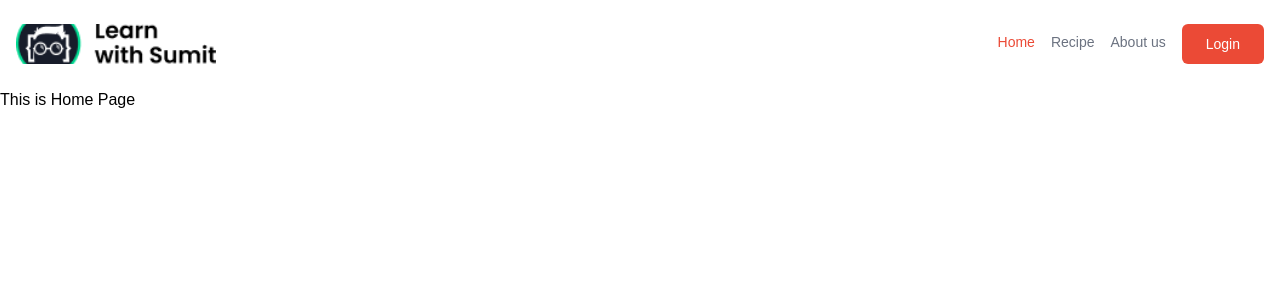
Repository: Wahid137/khana-khazana
Page: /
The author's editor kept a copy of each file at every save. The page is drawn from the files as they stood at one save, then again after the next save.
The browser window is 1280 px wide. The pictures show the whole page.
The project was rebuilt for these pictures with package versions that can differ from the ones it lists, and the page was loaded fresh each time. The framework's server and built-in components were replaced by stand-ins that run in the browser. Also part of the build but not shown: next.config.mjs.

Above is the page before, as saved 2024-05-02 15:50:54.

### app/layout.js
import { Inter } from "next/font/google";
import Navbar from "./components/Navbar";
import "./globals.css";

const inter = Inter({ subsets: ["latin"] });

export const metadata = {
  title: "Khana Khazana",
  description: "Generated by create next app",
};

export default function RootLayout({ children }) {
  return (
    <html lang="en">
      <body className={inter.className}>
        <Navbar />
        {children}
      </body>
    </html>
  );
}

### app/page.js

export default function Home() {
  return (
    <h1>This is Home Page</h1>
  );
}

### app/components/Navbar.jsx
import Image from "next/image";
import logo from "../../public/assets/images/logo.png";
const Navbar = () => {
  return (
    <nav>
      <div className="container flex justify-between py-6">
        <a href="index.html">
          <Image
            src={logo}
            alt="logo"
            width={200}
            height={50}
            className="object-cover h-[40px]"
          />
        </a>

        <ul className="flex gap-4 text-sm text-gray-500">
          <li className="py-2 active">
            <a href="./index.html">Home</a>
          </li>

          <li className="py-2">
            <a href="./index.html">Recipe</a>
          </li>

          <li className="py-2">
            <a href="./index.html">About us</a>
          </li>

          <li className="py-2 bg-[#eb4a36] px-6 rounded-md text-white content-center">
            <a href="./login.html">Login</a>
          </li>
        </ul>
      </div>
    </nav>
  );
};

export default Navbar;

### app/globals.css
@tailwind base;
@tailwind components;
@tailwind utilities;

@layer utilities {
  * {
    font-family: "Poppins", sans-serif;
  }
  .container {
    @apply mx-auto px-4 max-w-7xl;
  }

  nav .active {
    @apply text-[#eb4a36] font-medium;
  }

  select {
    @apply accent-red-600;
  }

  .card {
    @apply max-w-[450px];
  }

  .card img {
    @apply w-full object-cover;
  }

  .step h3 {
    @apply text-[#eb4a36] uppercase font-light text-lg tracking-wider my-4;
  }

  .step p {
    @apply text-gray-500 leading-8 mb-6 ml-8;
  }

  .login-form {
    @apply flex flex-col my-6;
  }

  .login-form div {
    @apply flex flex-col gap-2 my-2;
  }

  .login-form input {
    @apply border border-black/20 rounded-md px-4 py-2;
  }
}

Loaded but not shown: tailwind.config.js (common file)

After the next save:
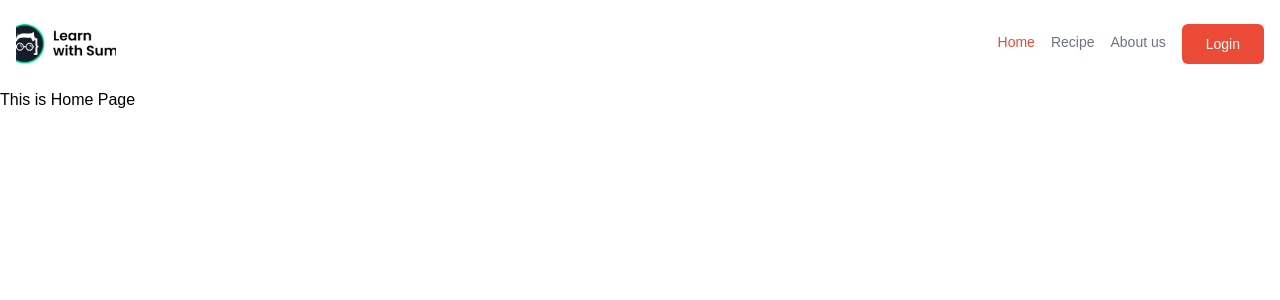
Saved 5 s later.
--- a/app/components/Navbar.jsx
+++ b/app/components/Navbar.jsx
@@ -8,7 +8,7 @@ const Navbar = () => {
           <Image
             src={logo}
             alt="logo"
-            width={200}
+            width={100}
             height={50}
             className="object-cover h-[40px]"
           />
